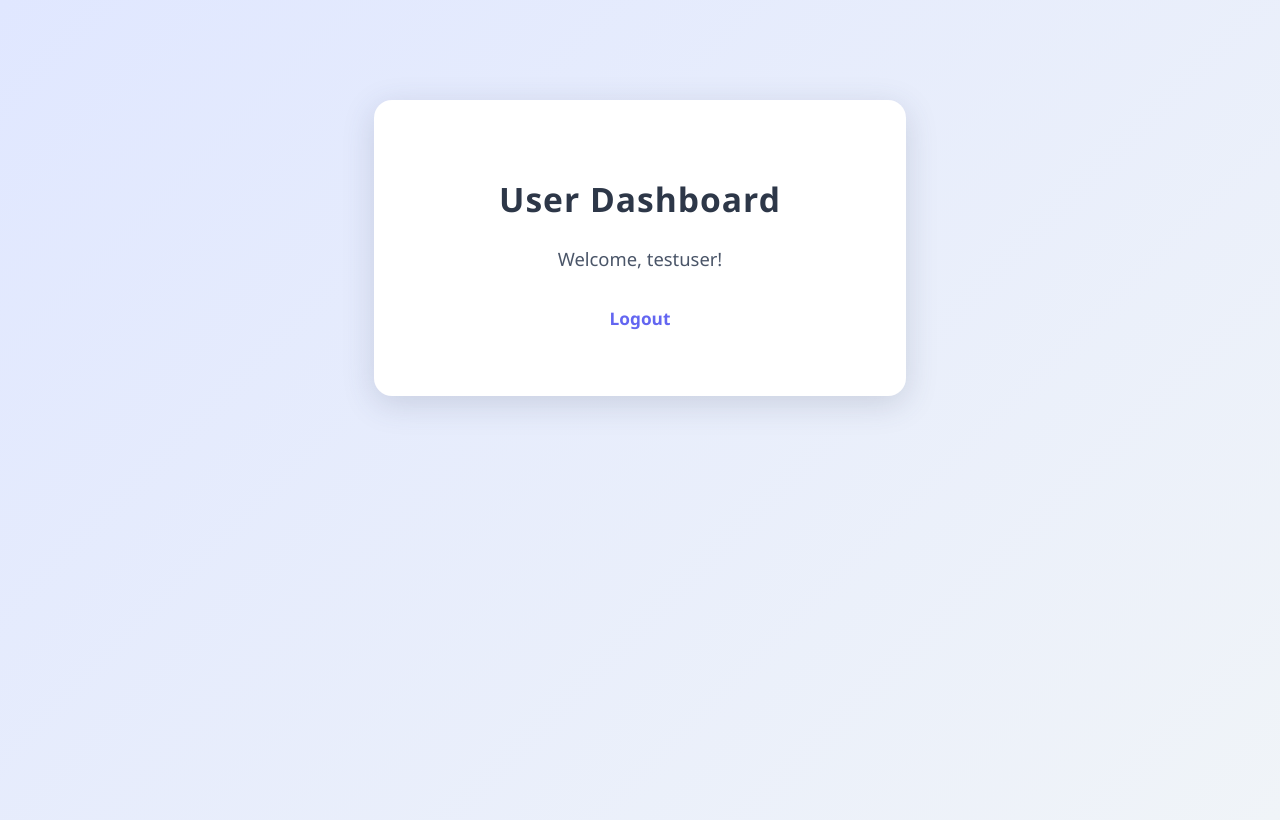
Repository: lowluds/auth-flask
Page: http://localhost/dashboard
The author's editor kept a copy of each file at every save. The page is drawn from the files as they stood at one save, then again after the next save.
The browser window is 1280 px wide. The pictures show the whole page.
The page is served by the project's application, run on Flask 3 (login.py). The session is filled in as if someone had signed in: {"username": "testuser", "group": 1}.

Above is the page before, as saved 2025-06-27 21:27:07.

After the next save:
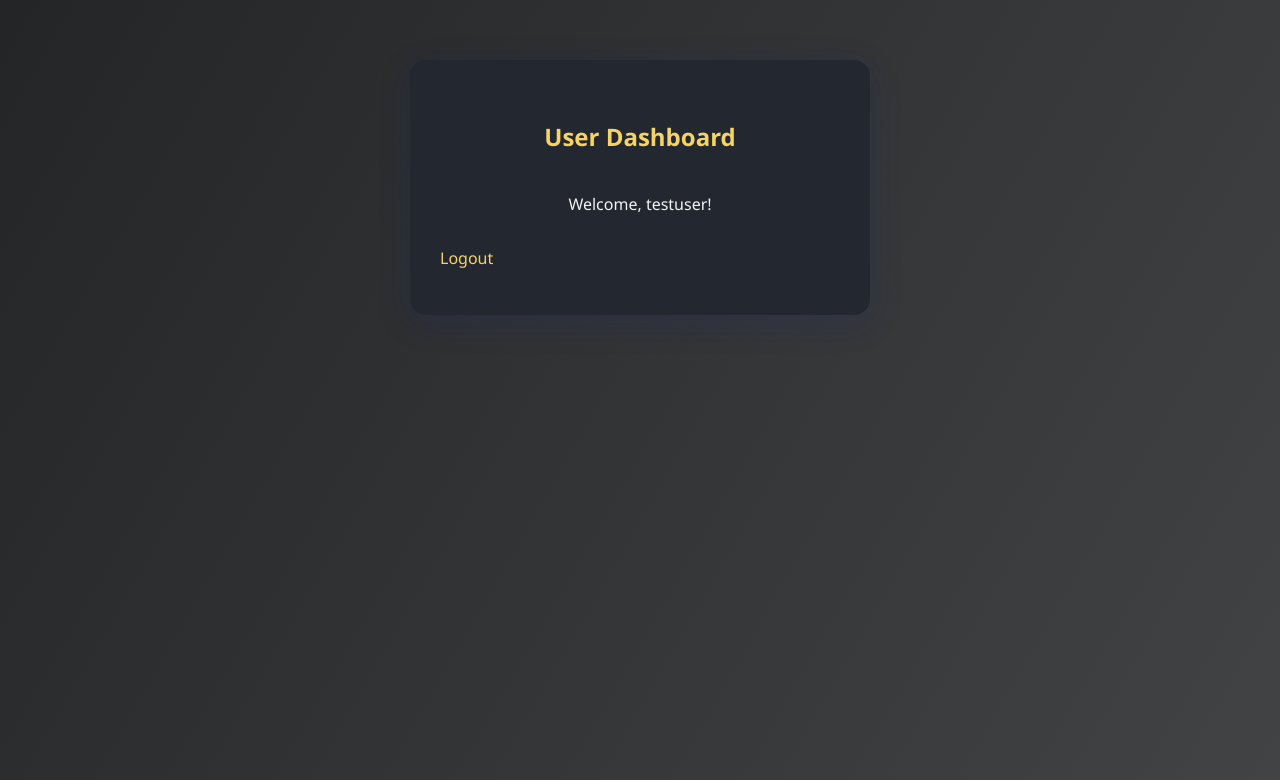
Saved 56 s later.
--- a/templates/dashboard.html
+++ b/templates/dashboard.html
@@ -4,17 +4,17 @@
     <meta charset="UTF-8">
     <meta name="viewport" content="width=device-width, initial-scale=1.0">
     <title>Dashboard</title>
-    <link rel="stylesheet" href="{{ url_for('static', filename='style.css') }}">
+    <link rel="stylesheet" href="{{ url_for('static', filename='register.css') }}">
 </head>
 <body>
-    <div class="dashboard-container">
-        <h2>User Dashboard</h2>
+    <div class="dashboard-container" style="background:#23272f; max-width: 400px; margin: 60px auto; padding: 40px 30px 30px 30px; border-radius: 16px; box-shadow: 0 8px 32px 0 rgba(31,38,135,0.18); display: flex; flex-direction: column; align-items: center; color: #f3f3f3;">
+        <h2 style="color:#f6d365; font-weight:600; margin-bottom:24px;">User Dashboard</h2>
         <p>Welcome, {{ session['username'] }}!</p>
-        <ul>
+        <ul style="list-style:none; padding:0; width:100%;">
             {% if session.get('group') == 'admin' %}
-            <li><a href="/admin">Go to Admin Dashboard</a></li>
+            <li style="margin-bottom:12px;"><a href="/admin" style="color:#f6d365; text-decoration:none; font-weight:500;">Go to Admin Dashboard</a></li>
             {% endif %}
-            <li><a href="/logout">Logout</a></li>
+            <li><a href="/logout" style="color:#f6d365; text-decoration:none; font-weight:500;">Logout</a></li>
         </ul>
     </div>
 </body>
